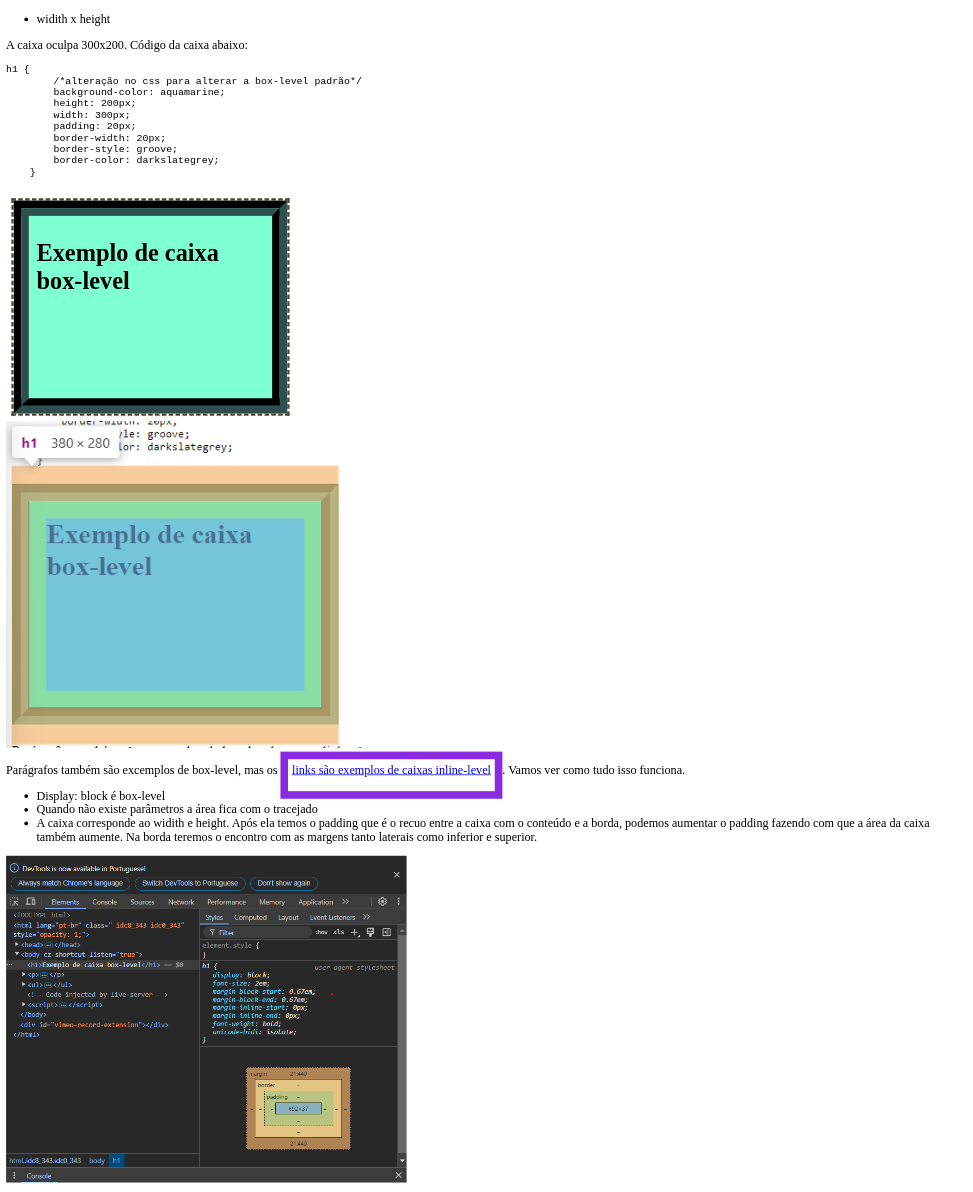
Repository: Willcmorais/vscode-workspace
Page: html-css/curso-em-video/modulo02/estudos/ex026-caixas/caixa01.html
The author's editor kept a copy of each file at every save. The page is drawn from the files as they stood at one save, then again after a run of saves.
The browser window is 1280 px wide. The pictures show the whole page, at 76% of full size.

Above is the page before, as saved 2024-09-24 11:26:02.

### html-css/curso-em-video/modulo02/estudos/ex026-caixas/caixa01.html
<!DOCTYPE html>
<html lang="pt-br">

<head>
    <meta charset="UTF-8">
    <meta name="viewport" content="width=device-width, initial-scale=1.0">
    <link rel="stylesheet" href="style.css">
    <title>Modelo de Caixas</title>
</head>

<body>
    <ul>
        <li>widith x height</li>
    </ul>
    <p>A caixa oculpa 300x200. Código da caixa abaixo:</p>
    <pre><code>h1 {
        /*alteração no css para alterar a box-level padrão*/
        background-color: aquamarine;
        height: 200px;
        width: 300px;
        padding: 20px;
        border-width: 20px;
        border-style: groove;
        border-color: darkslategrey;
    }</code></pre>
    <h1>Exemplo de caixa box-level</h1>
    <img src="imgs/img2.png" alt="detalhes">
    <p>
        Parágrafos também são excemplos de box-level, mas os <a href="#">links são exemplos de caixas inline-level</a>.
        Vamos ver como tudo isso funciona.</p>
    <ul>
        <li>Display: block é box-level</li>
        <li>Quando não existe parâmetros a área fica com o tracejado</li>
        <li>A caixa corresponde ao widith e height. Após ela temos o padding que é o recuo entre a caixa com o conteúdo
            e a borda, podemos aumentar o padding fazendo com que a área da caixa também aumente. Na borda teremos o
            encontro com as margens tanto laterais como inferior e superior.</li>
    </ul>

    <img src="imgs/img1.png" alt="devltools caixas">
</body>

</html>

### html-css/curso-em-video/modulo02/estudos/ex026-caixas/style.css
@charset "utf8";

h1 {
    /*alteração no css para alterar a box-level padrão*/
    background-color: aquamarine;
    height: 200px;
    width: 300px;
    /*padding deve ser colocado para todos os lados seguindo o sentido de top right bottom left*/
    padding-top: 30px;
    padding-right: 10px;
    padding-bottom: 10px;
    padding-left: 10px;
    /*margin: auto; coloca centralizado no meio da página*/
    margin-top: 30px;
    margin-right: 10px;
    margin-bottom: 10px;
    margin-left: 10px;
    /*padding: 20px;*/
    border-width: 20px;
    border-style: groove;
    border-color: darkslategrey;
    outline-width: 3px;
    outline-style: dashed;
    outline-color: rgb(79, 68, 47);
}

/*parâmetro em css para a ancora*/
a {
    border-width: 10px;
    border-style: solid;
    border-color: blueviolet;
    padding-top: 5px;
    padding-right: 5px;
    padding-bottom: 20px;
    padding-left: 5px;
}

img {
    height: 430px;
}

After the next 4 saves:
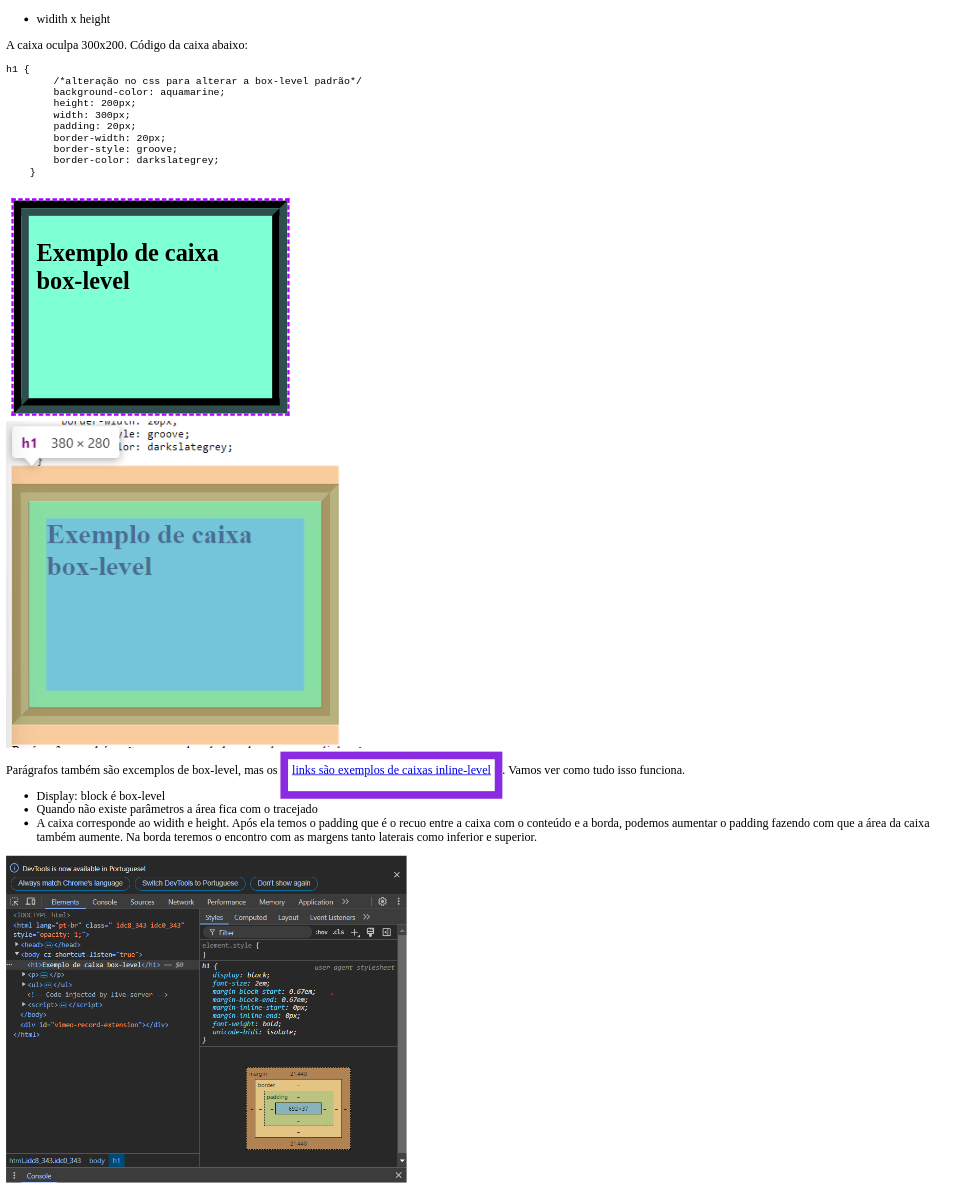
The 4 saves are shown as one change because they came seconds apart.
The last was saved 10 s later.
--- a/html-css/curso-em-video/modulo02/estudos/ex026-caixas/style.css
+++ b/html-css/curso-em-video/modulo02/estudos/ex026-caixas/style.css
@@ -21,7 +21,7 @@ h1 {
     border-color: darkslategrey;
     outline-width: 3px;
     outline-style: dashed;
-    outline-color: rgb(79, 68, 47);
+    outline-color: rgb(174, 0, 255);
 }
 
 /*parâmetro em css para a ancora*/
